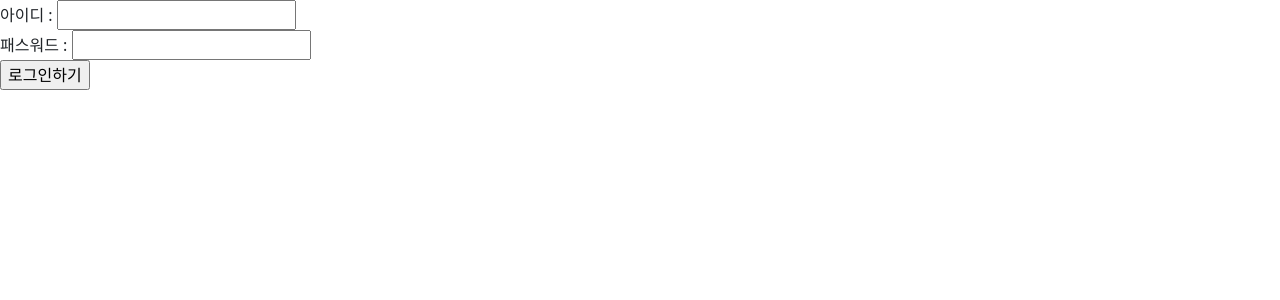
Repository: cheez0909/JSP
Page: http://localhost/1103/session/loginForm.jsp
The author's editor kept a copy of each file at every save. The page is drawn from the files as they stood at one save, then again after the next save.
The browser window is 1280 px wide. The pictures show the whole page.
The page is served by Tomcat 9. Other server files are loaded and not shown.

Above is the page before, as saved 2023-11-08 05:07:26.

### 1103/src/main/webapp/session/loginForm.jsp
<%@ page language="java" contentType="text/html; charset=UTF-8"
    pageEncoding="UTF-8"%>
<!DOCTYPE html>
<html>
<head>
<meta charset="UTF-8">
<title>Insert title here</title>
 <link href="https://cdn.jsdelivr.net/npm/bootstrap@5.3.1/dist/css/bootstrap.min.css" rel="stylesheet" integrity="sha384-4bw+/aepP/YC94hEpVNVgiZdgIC5+VKNBQNGCHeKRQN+PtmoHDEXuppvnDJzQIu9" crossorigin="anonymous">
</head>
<body>
	<form action="LoginProcess.jsp" method="post" name="loginFrm"
        onsubmit="return validateForm(this);">
        아이디 : <input type="text" name="user_id" required="required"/><br />
        패스워드 : <input type="password" name="user_pw" required="required"/><br />
        <input type="submit" value="로그인하기" />
    </form>
     <script src="https://cdn.jsdelivr.net/npm/bootstrap@5.3.1/dist/js/bootstrap.bundle.min.js" integrity="sha384-HwwvtgBNo3bZJJLYd8oVXjrBZt8cqVSpeBNS5n7C8IVInixGAoxmnlMuBnhbgrkm" crossorigin="anonymous"></script>
</body>
</html>

After the next save:
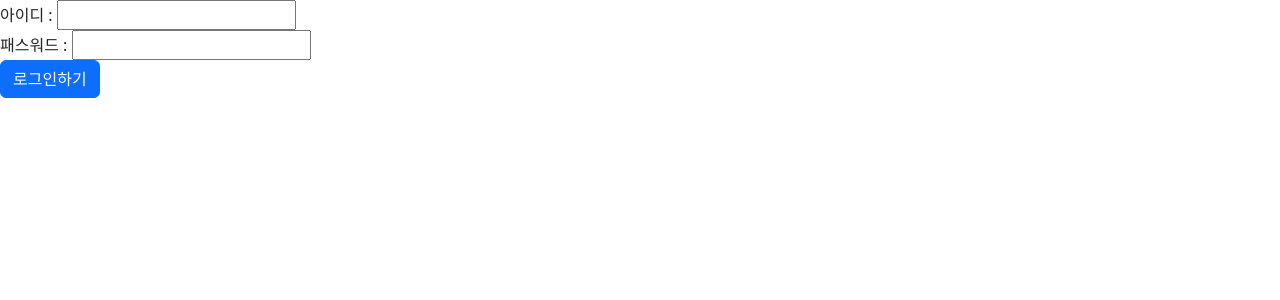
Saved 86 s later.
--- a/1103/src/main/webapp/session/loginForm.jsp
+++ b/1103/src/main/webapp/session/loginForm.jsp
@@ -12,7 +12,7 @@
         onsubmit="return validateForm(this);">
         아이디 : <input type="text" name="user_id" required="required"/><br />
         패스워드 : <input type="password" name="user_pw" required="required"/><br />
-        <input type="submit" value="로그인하기" />
+        <button type="button" class="btn btn-primary" value="로그인하기">로그인하기</button>
     </form>
      <script src="https://cdn.jsdelivr.net/npm/bootstrap@5.3.1/dist/js/bootstrap.bundle.min.js" integrity="sha384-HwwvtgBNo3bZJJLYd8oVXjrBZt8cqVSpeBNS5n7C8IVInixGAoxmnlMuBnhbgrkm" crossorigin="anonymous"></script>
 </body>
